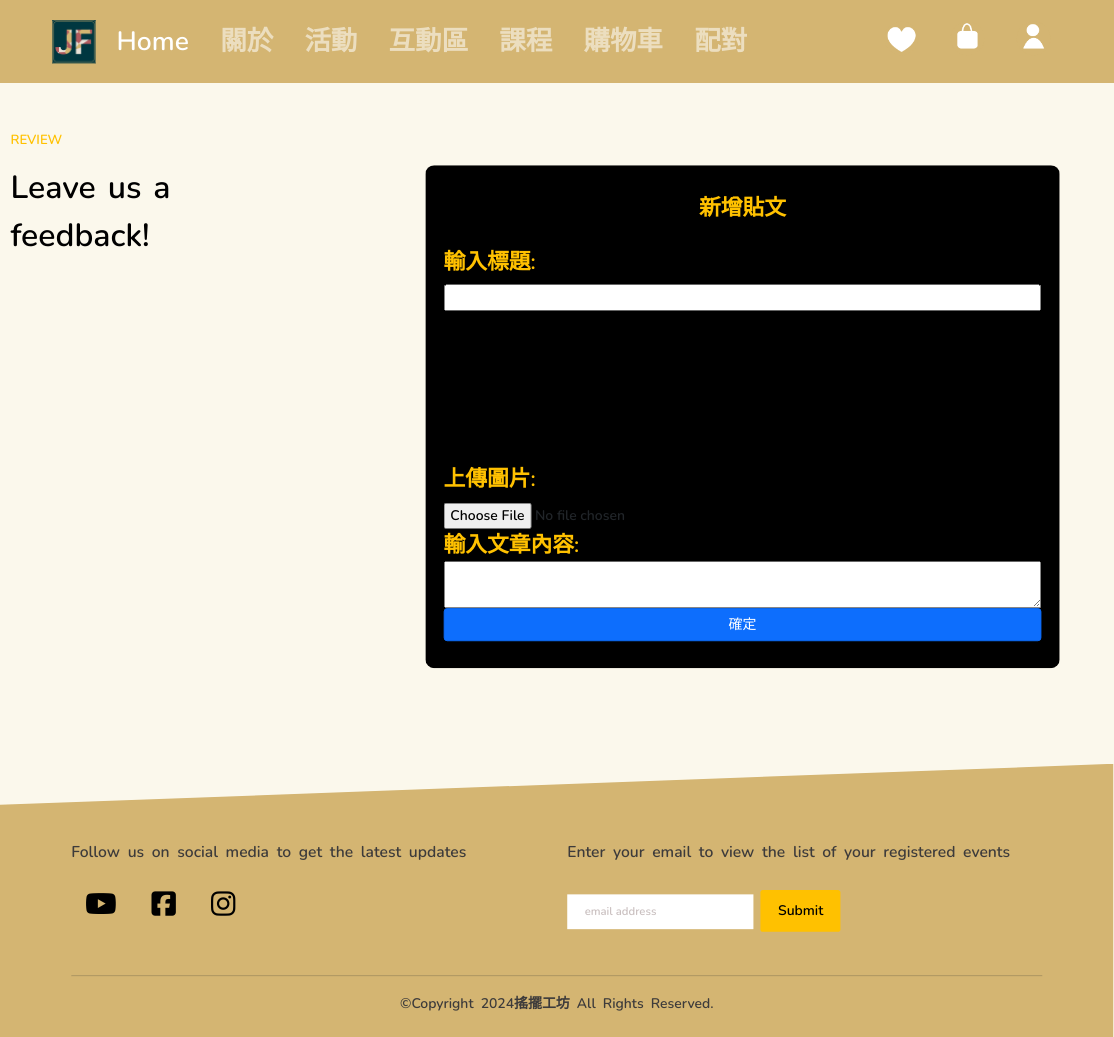
Repository: mmmooonnn0211/project
Page: workspace/demoSpringBoot-1/src/main/resources/static/html/LTInsertFront.html
An editor plug-in stored every save of this project. The page is shown before and after the next save, followed by the edit.
The browser window is 1280 px wide. The pictures show the whole page, at 87% of full size.
Some web libraries are served in a nearby version.

Above is the page before, as saved 2024-05-08 18:59:09.
Console error: SyntaxError: Unexpected identifier 'tsByName'

After the next save:
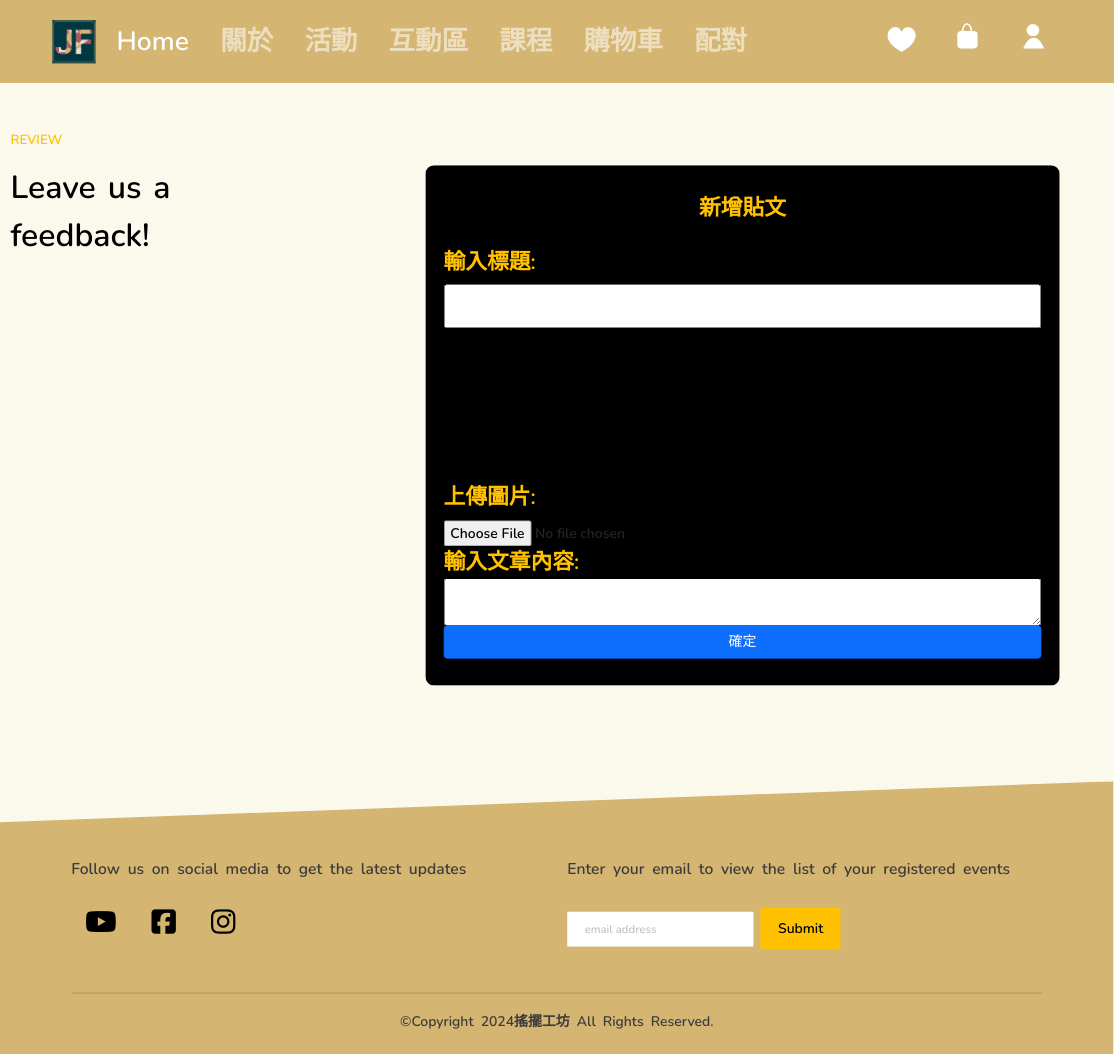
Saved 17 s later.
--- a/workspace/demoSpringBoot-1/src/main/resources/static/html/LTInsertFront.html
+++ b/workspace/demoSpringBoot-1/src/main/resources/static/html/LTInsertFront.html
@@ -58,7 +58,7 @@
 								<br>
 								<div id="text" class="neon-yellow" style=" font-size: 25px;">輸入標題:
 								</div>
-								<input id="title" name="title" />
+								<input id="title" name="title" style="height:50px;" />
 								<div id="text" class="neon-yellow" style="font-weight: bold; font-size: 25px;">上傳圖片:
 								</div>
 								<input type="file" id="picture" name="picture" />
